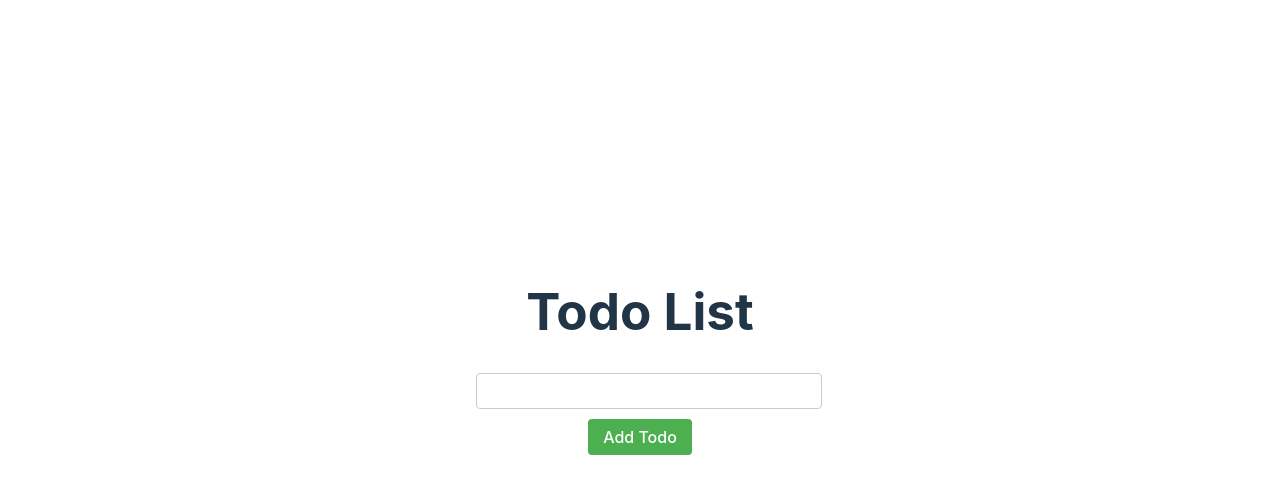
Repository: sinchana-p-iVoyant/mobx-todo
Page: /
An editor plug-in stored every save of this project. The page is shown before and after a run of saves, followed by the edit.
The browser window is 1280 px wide. The pictures show the whole page.
The project was rebuilt for these pictures with package versions that can differ from the ones it lists, and the page was loaded fresh each time. Also part of the build but not shown: vite.config.js.

Above is the page before, as saved 2024-03-07 02:20:07.

After the next 4 saves:
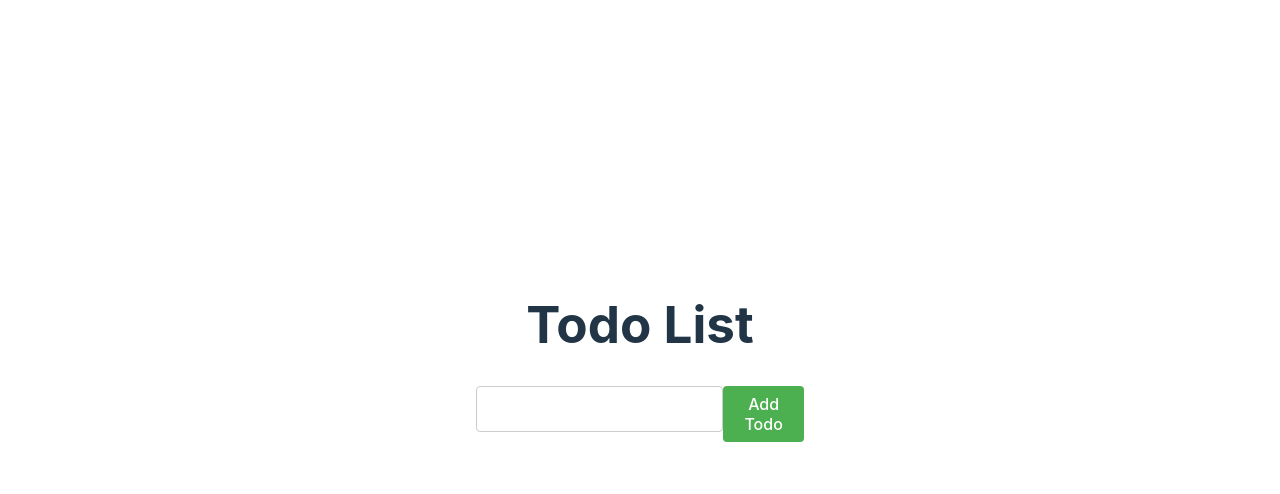
The 4 saves are shown as one change because they came seconds apart.
The last was saved 20 s later.
--- a/src/TodoList.css
+++ b/src/TodoList.css
@@ -5,7 +5,10 @@
     margin: 0 auto;
   }
 
-
+  .input-container {
+    display: flex;
+    flex-direction: row;
+  }
 
   .todo-input {
     width: 100%;
